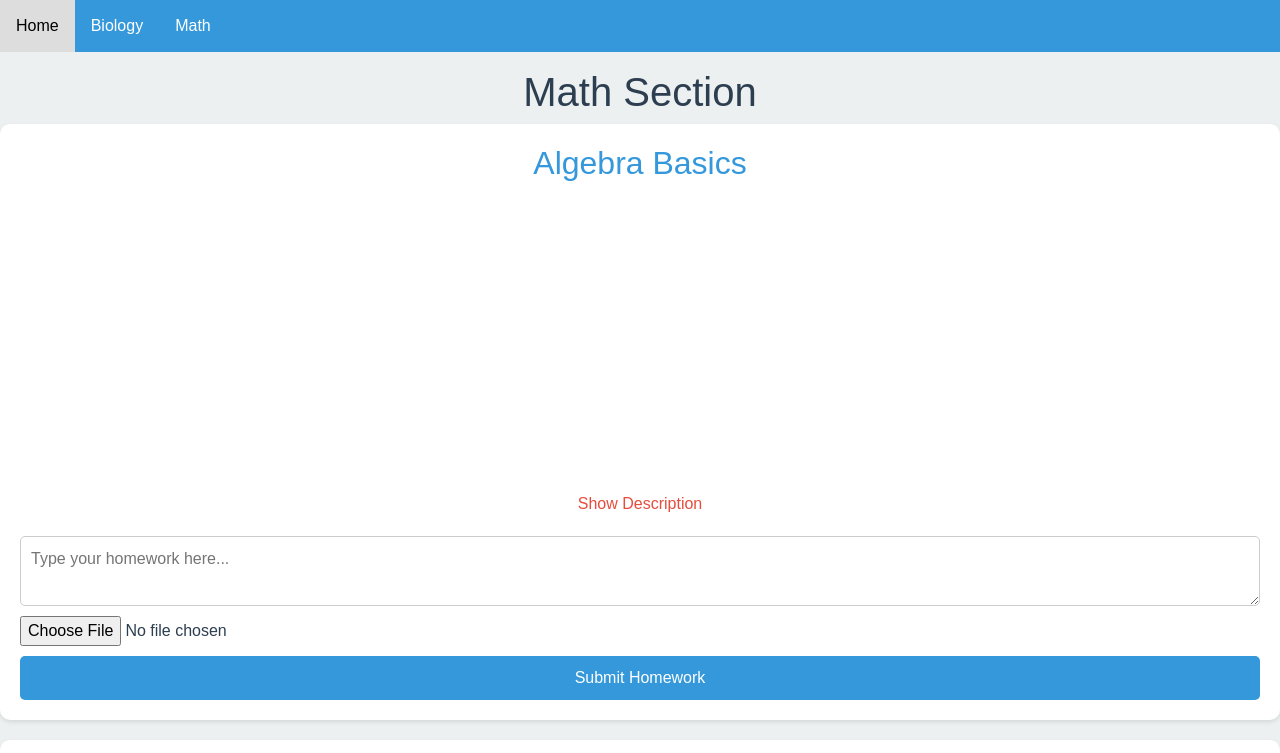
Repository: krmvz/BEMath.kg
Page: /math
These files come from the project's save history. The page is drawn as it stood at one moment and after the next save; the edit follows.
The browser window is 1280 px wide. The pictures show the part of the page from y = 0 to 753 px (the page is 1357 px tall before and 1301 px after).
Pictures or frames that could not be fetched are drawn as grey boxes. The project was rebuilt for these pictures with package versions that can differ from the ones it lists, and the page was loaded fresh each time. Also part of the build but not shown: src/firebase.js, src/components/auth/sign.scss, src/components/auth/SignIn.jsx, src/components/auth/SignUp.jsx, src/components/dashboard/Dashboard.jsx, src/components/Biology/biology.jsx.

Above is the page before, as saved 2023-12-18 22:37:38.

After the next save:
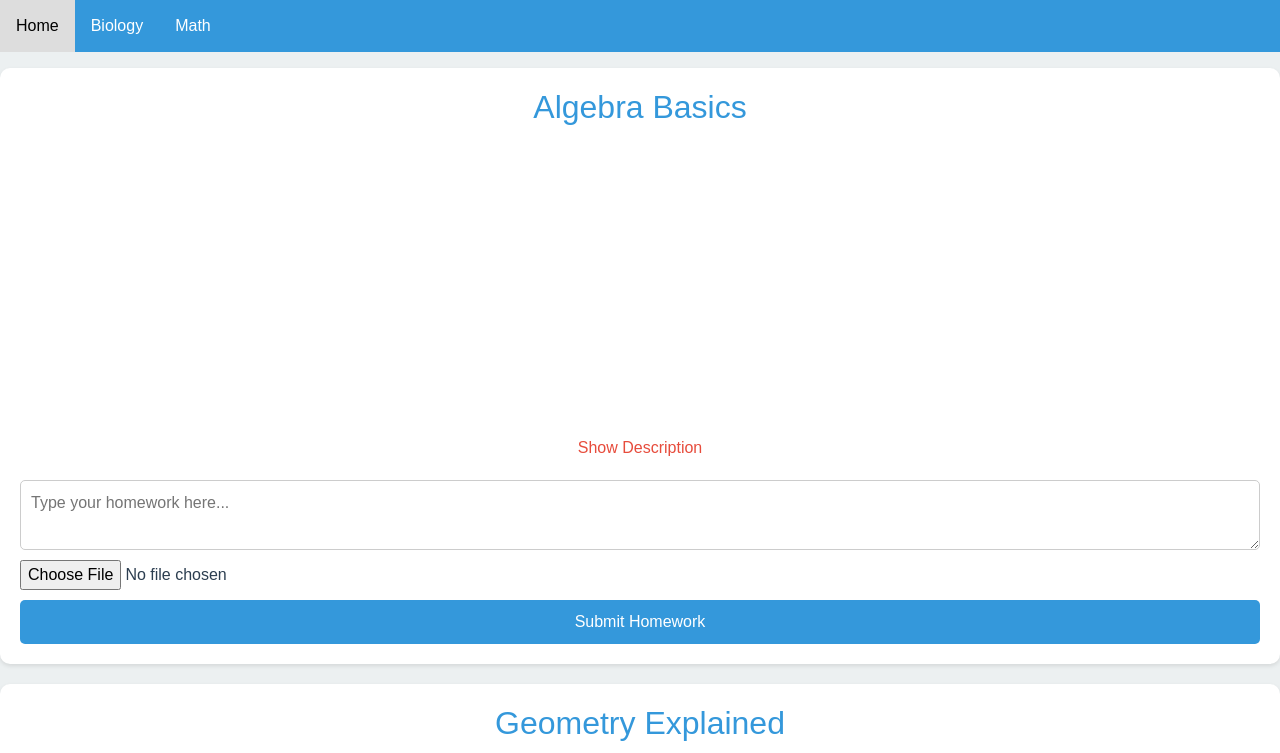
Saved 23 s later.
--- a/src/components/Math/math.jsx
+++ b/src/components/Math/math.jsx
@@ -48,7 +48,7 @@
         </ul>
       </nav>
 
-      <h1>Math Section</h1>
+      {/* <h1>Math Section</h1> */}
       <div>
         {mathVideos.map(video => (
           <div key={video.id} className="video-container">

After the save that followed:
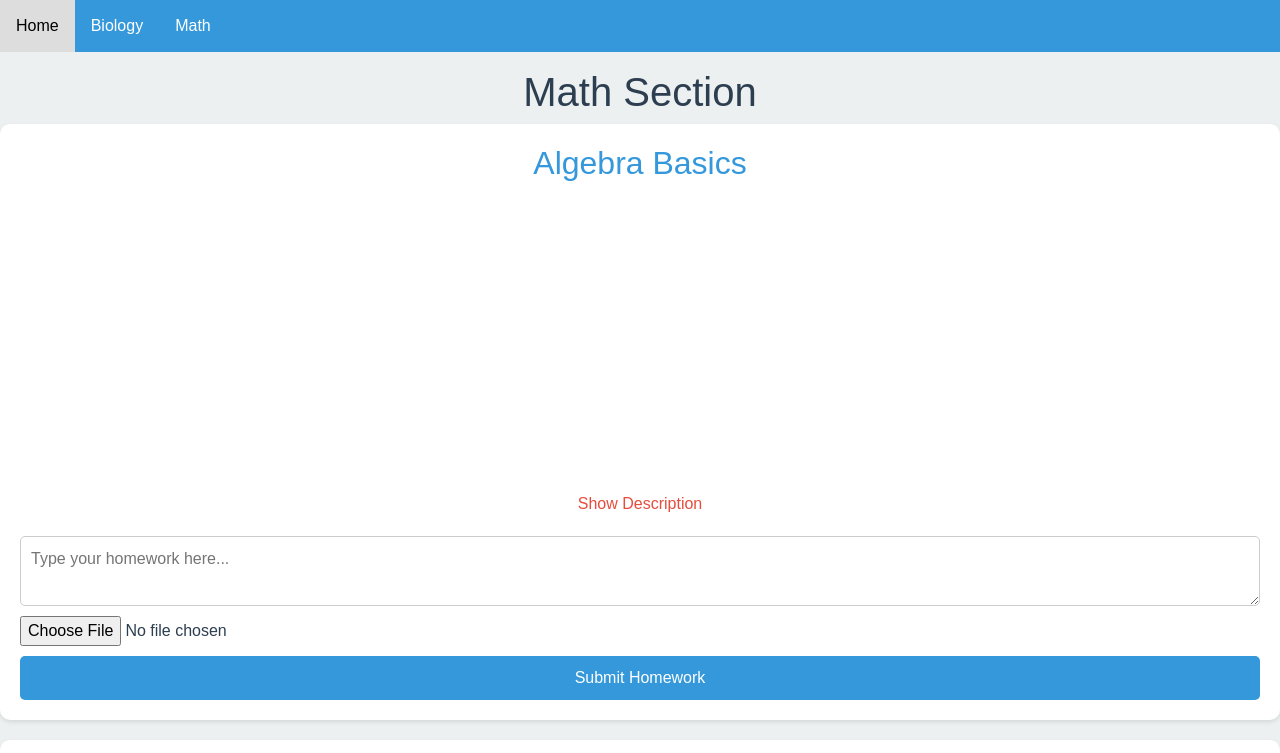
Saved 19 s later.
--- a/src/components/Math/math.jsx
+++ b/src/components/Math/math.jsx
@@ -48,7 +48,7 @@
         </ul>
       </nav>
 
-      {/* <h1>Math Section</h1> */}
+      <h1>Math Section</h1>
       <div>
         {mathVideos.map(video => (
           <div key={video.id} className="video-container">
